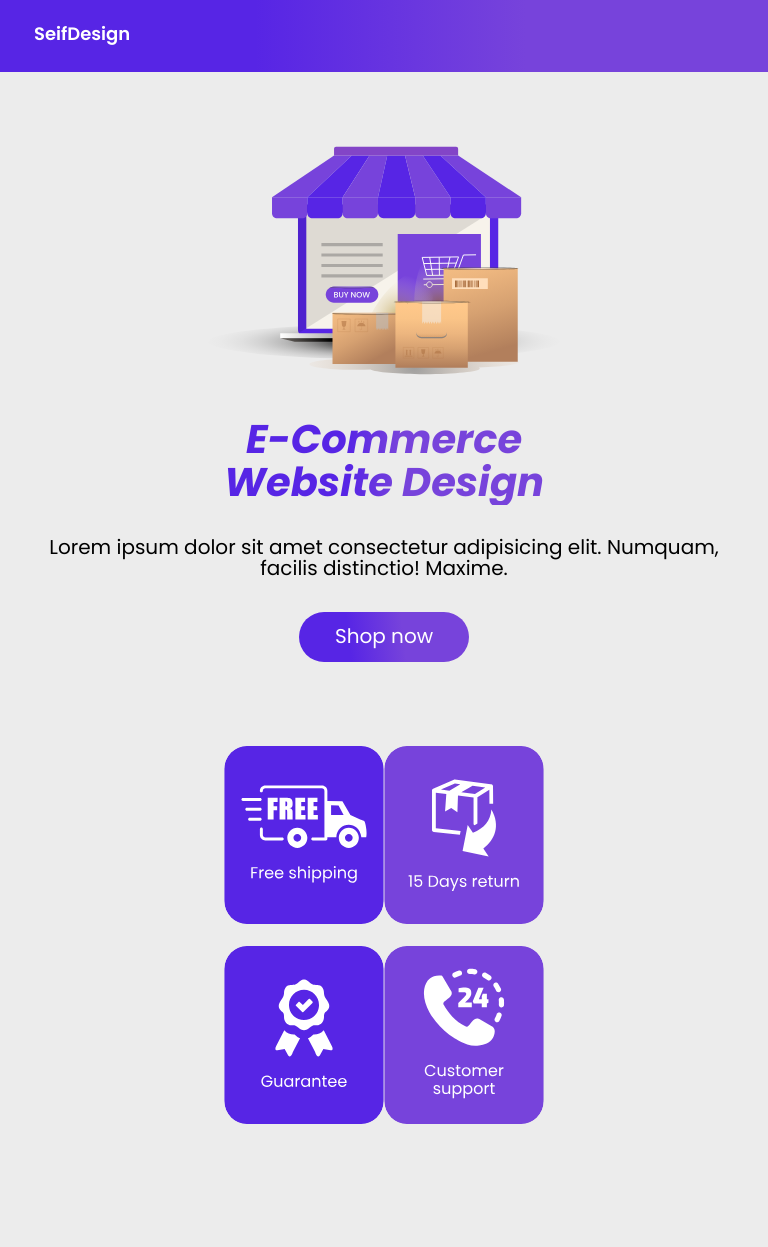
Repository: NatiqSamiyev/commers-desing-JS
Page: index.html
An editor plug-in stored every save of this project. The page is shown before and after a run of saves, followed by the edit.
The browser window is 768 px wide. The pictures show the whole page.
Some web fonts or font styles are not loaded; a fallback is used.

Above is the page before, as saved 2023-11-06 11:44:26.

After the next 3 saves:
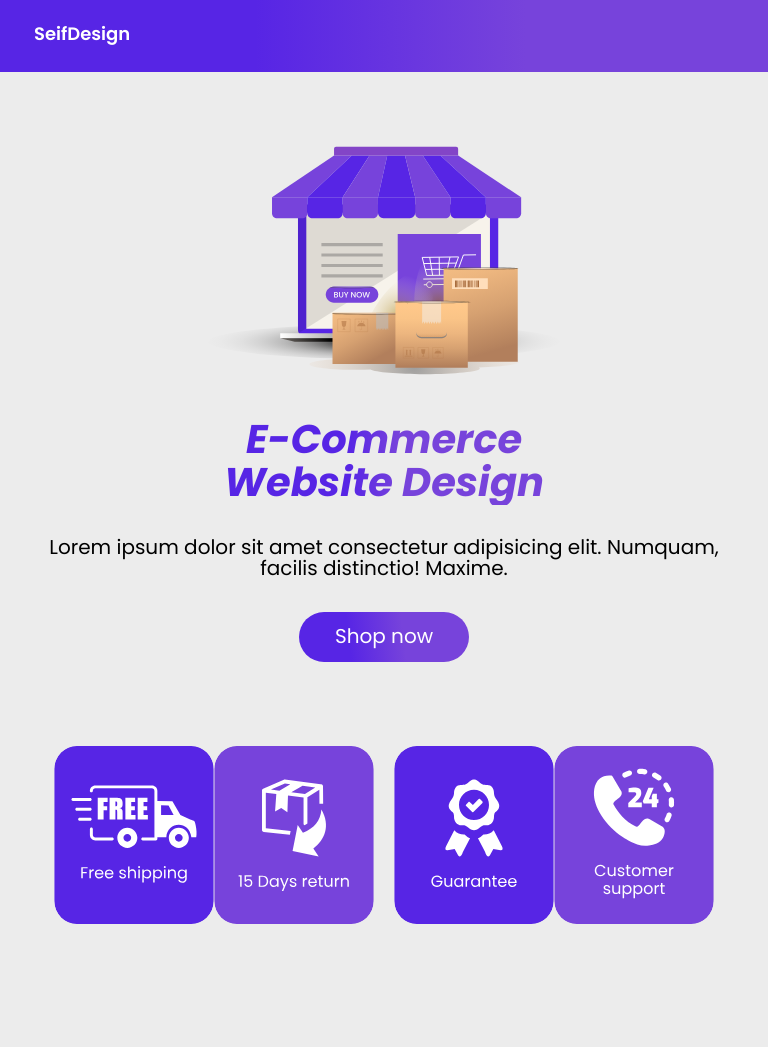
The 3 saves are shown as one change because they came seconds apart.
The last was saved 9 s later.
--- a/index.css
+++ b/index.css
@@ -210,9 +210,8 @@ main .image-container .box-1 {
   .bottom-container {
     margin-top: 46px;
     display: flex;
-    flex-direction: column;
-    justify-content: center;
-    align-items: center;
+
+
     gap: 20px;
     flex-wrap: wrap;
   }
